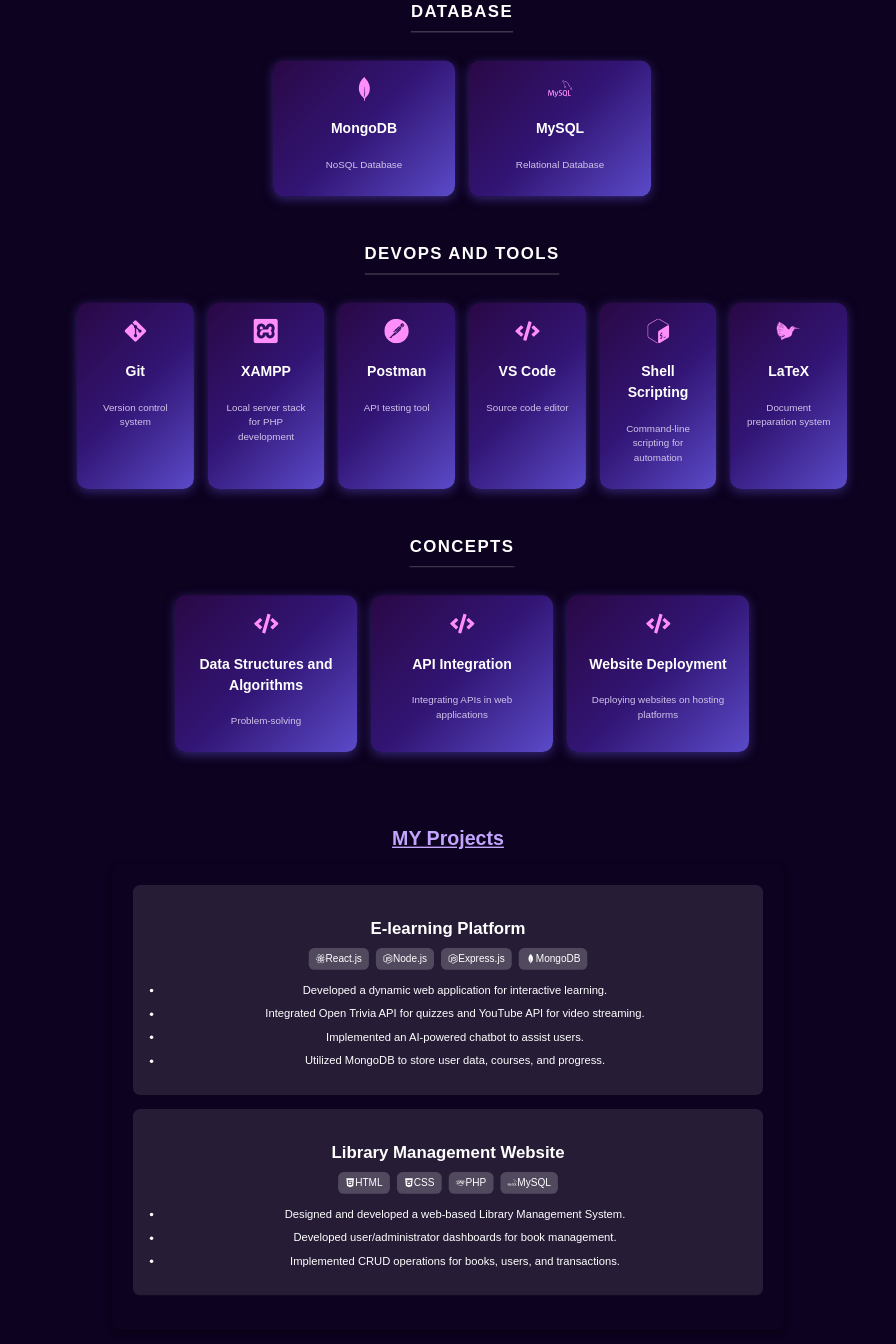
Repository: harshitap1305/Portfolio
Page: /
These files come from the project's save history. The page is drawn as it stood at one moment and after the next save; the edit follows.
The browser window is 1280 px wide. The pictures show the part of the page from y = 1969 to 3889 px (the page is 3889 px tall before and 3863 px after), at 70% of full size.
The project was rebuilt for these pictures with package versions that can differ from the ones it lists, and the page was loaded fresh each time. Also part of the build but not shown: vite.config.js.

Above is the page before, as saved 2025-03-27 21:53:38.

After the next save:
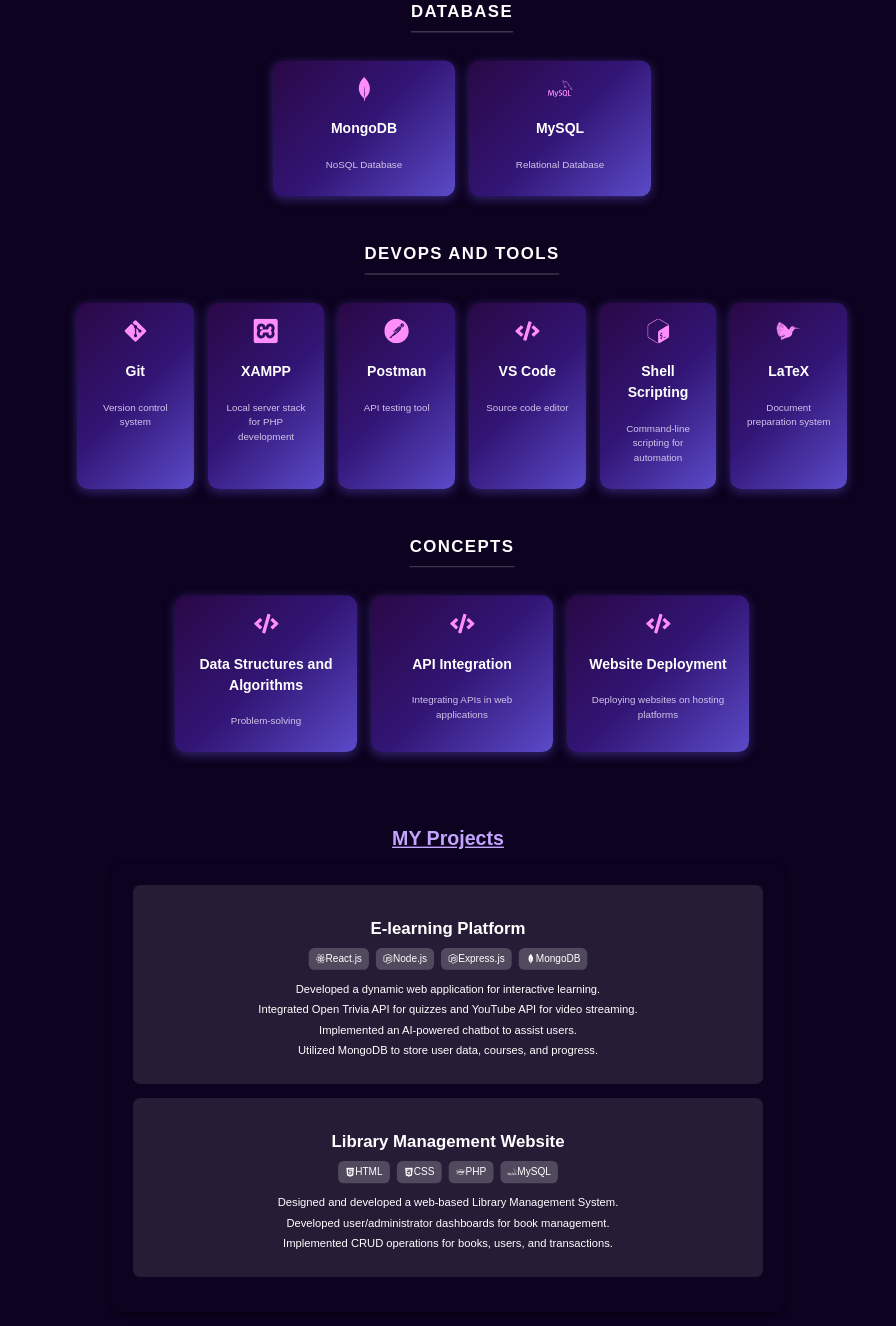
Saved 6 s later.
--- a/src/Projects.css
+++ b/src/Projects.css
@@ -59,13 +59,3 @@
   .project-description li {
     margin-bottom: 5px;
   }
-  .project-description {
-  list-style: disc;
-  padding-left: 20px;  /* Ensures proper indentation */
-  font-size: 1rem;
-  line-height: 1.6; /* Better spacing between points */
-}
-
-.project-description li {
-  margin-bottom: 8px; /* Adds space between bullet points */
-}
